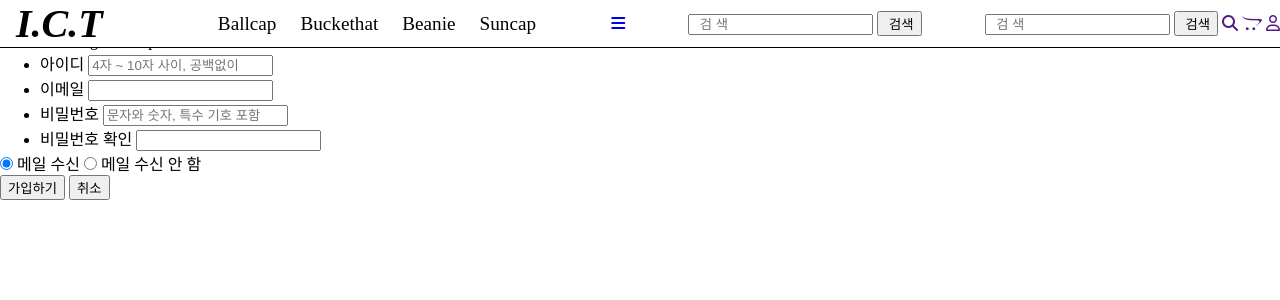
Repository: Developer120000/project1
Page: http://localhost/project1/productpage/payment.jsp
These files come from the project's save history. The page is drawn as it stood at one moment and after the next save; the edit follows.
The browser window is 1280 px wide. The pictures show the whole page.
Some web libraries are served in a nearby version. The page is served by Tomcat 9.

Above is the page before, as saved 2024-03-17 10:45:11.
Console error: SyntaxError: Identifier 'hamburger' has already been declared

After the next save:
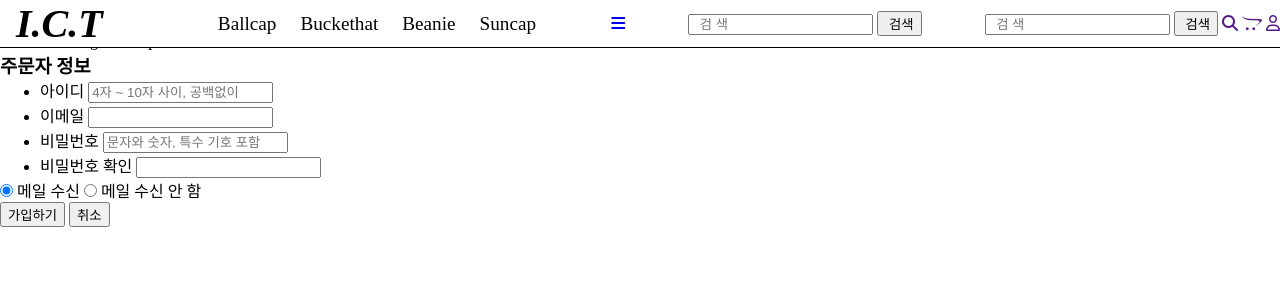
Saved 69 min 19 s later.
--- a/project1/src/main/webapp/productpage/payment.jsp
+++ b/project1/src/main/webapp/productpage/payment.jsp
@@ -19,6 +19,7 @@
 			<span>1</span>
 			<span>79000</span>
 		</div>
+		<h3>주문자 정보</h3>
 		<form action="#" method="post">
 			<ul>
 				<li><label for="uid">아이디</label>
